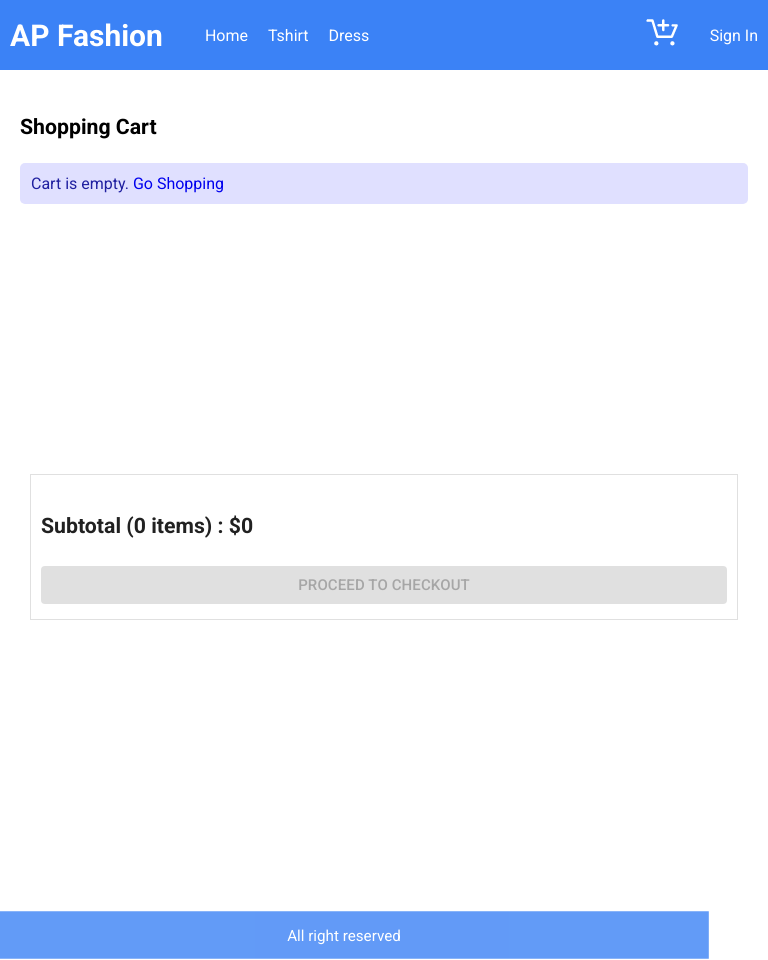
Repository: rexhep/e-commerce
Page: /cart (app in frontend/)
The author's editor kept a copy of each file at every save. The page is drawn from the files as they stood at one save, then again after the next save.
The browser window is 768 px wide. The pictures show the whole page.
The project was rebuilt for these pictures with package versions that can differ from the ones it lists, and the page was loaded fresh each time. Also part of the build but not shown: frontend/src/actions/userActions.js, frontend/src/components/clientHeader/ClientHeader.jsx, frontend/src/components/LoadingBox.js, frontend/src/components/clientHeader/HeaderSlider.jsx, frontend/src/components/SearchFilters.jsx, frontend/src/components/Rating.js, frontend/src/actions/ratingsAction.js, frontend/src/components/products/Product.js and 26 more.

Above is the page before, as saved 2021-10-28 00:54:46.

After the next save:
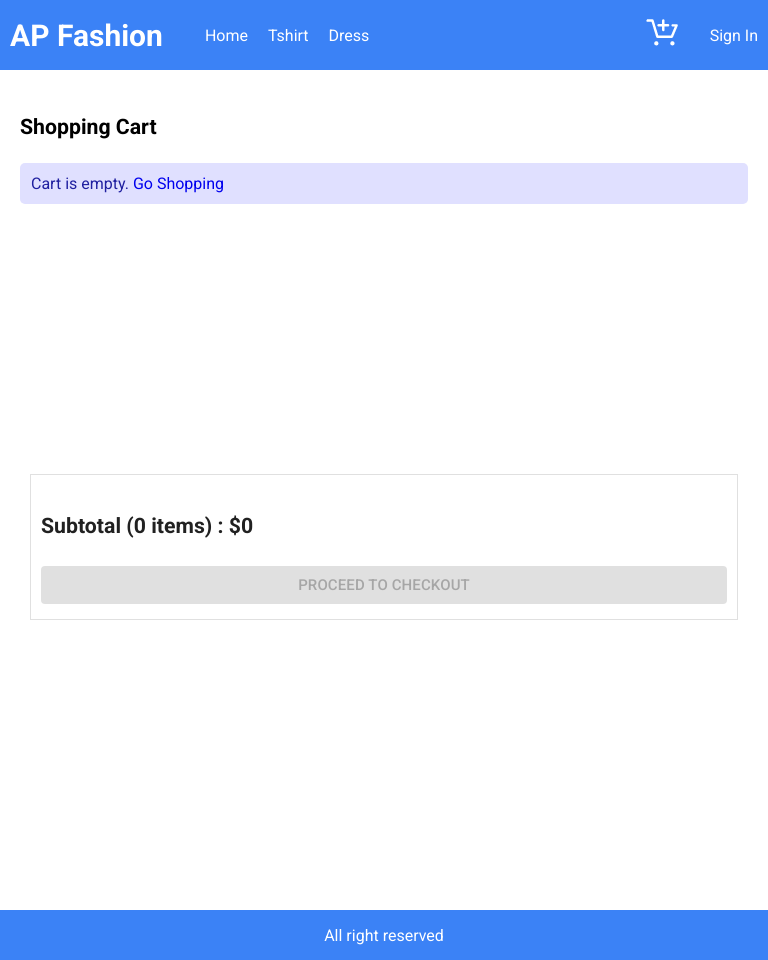
Saved 15 s later.
--- a/frontend/src/index.css
+++ b/frontend/src/index.css
@@ -227,81 +227,6 @@ img.custom-image {
   text-align: center;
   font-weight: 300;
 }
-
-/* SLICK SLIDER */
-.home-slider {
-  margin: 0 auto;
-  padding: 40px;
-  width: 80%;
-  color: #333;
-  background: #ccc;
-}
-.variable-width .slick-slide p {
-  background: blue;
-  height: 100px;
-  color: #fff;
-  margin: 5px;
-  line-height: 100px;
-  text-align: center;
-}
-.center .slick-center {
-  color: #e67e22;
-  opacity: 1;
-  transform: scale(1.08);
-}
-.center {
-  opacity: 0.8;
-  transition: all 300ms ease;
-}
-.content {
-  padding: 20px;
-  margin: auto;
-  width: 90%;
-}
-.slick-slide .image {
-  padding: 10px;
-}
-.slick-slide img {
-  border: 5px solid #fff;
-  display: block;
-  margin: auto;
-}
-.slick-slide img.slick-loading {
-  border: 0;
-}
-.slick-slider {
-  margin: 30px auto 50px;
-}
-.slick-dots {
-  margin-left: 0;
-}
-.slick-thumb {
-  bottom: -45px;
-}
-@media (max-width: 768px) {
-  .center {
-    margin-left: -40px;
-    margin-right: -40px;
-  }
-  .center .slick-center {
-    color: #e67e22;
-    opacity: 1;
-    transform: scale(1);
-  }
-  .center {
-    opacity: 0.8;
-    transform: scale(0.95);
-    transition: all 300ms ease;
-  }
-}
-.slick-arrow {
-  background-color: grey;
-  /* color: black; */
-}
-.slick-arrow:hover {
-  background-color: grey;
-}
-/* END SLICK SLIDER */
 
 
 /* Card */
